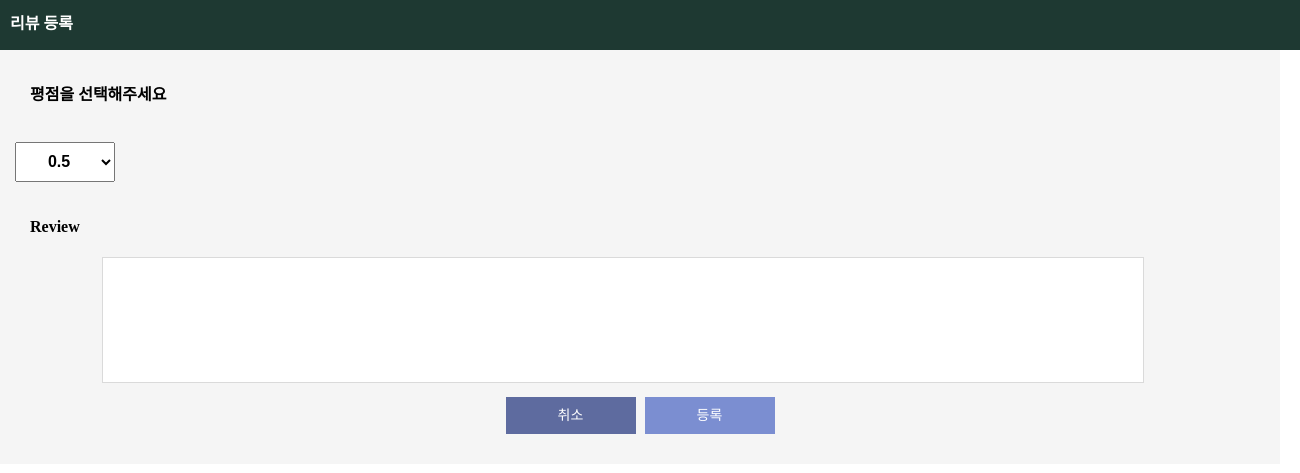
Repository: KimYoungHwans/Yproject
Page: http://localhost/Yproject/WEB-INF/views/replyEnroll.jsp
The author's editor kept a copy of each file at every save. The page is drawn from the files as they stood at one save, then again after the next save.
The browser window is 1280 px wide. The page is 1300 px wide, so the pictures cover 1300 px, including what lies to the right of the window. The pictures show the whole page.
The page is served by Tomcat 9. Nobody is signed in. The template is opened directly, without the code that normally fills it, so the values that code supplies are empty.

Above is the page before, as saved 2023-01-18 07:17:15.

After the next save:
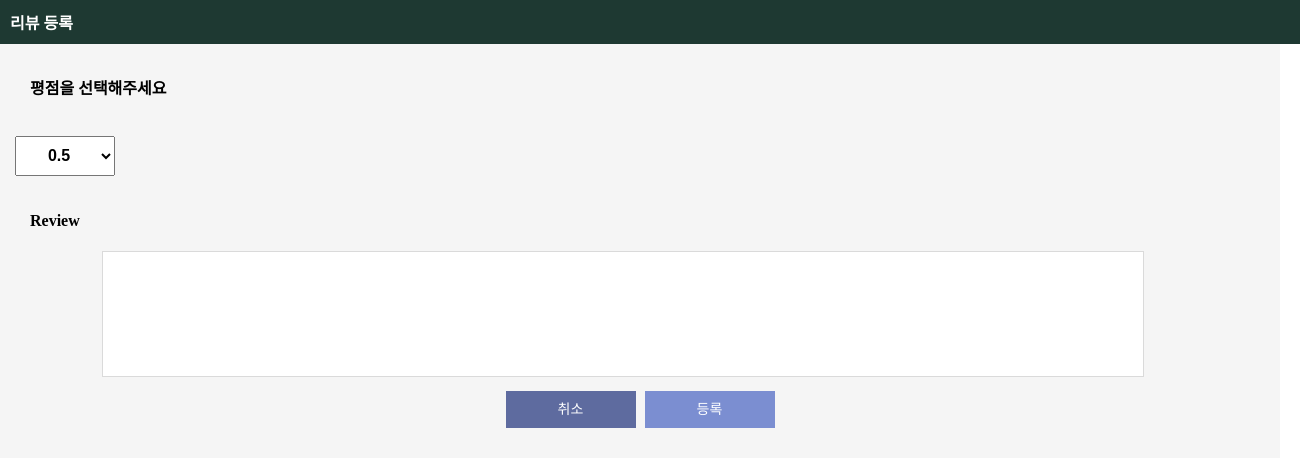
Saved 6 s later.
--- a/workspace/Yproject/src/main/webapp/WEB-INF/views/replyEnroll.jsp
+++ b/workspace/Yproject/src/main/webapp/WEB-INF/views/replyEnroll.jsp
@@ -28,7 +28,7 @@
 	    color: white;
 	    padding: 10px;
 	    font-weight: bold;
-	    height: 30px;
+
   	}
 
   	/* 컨텐츠, 버튼 영역 padding */
